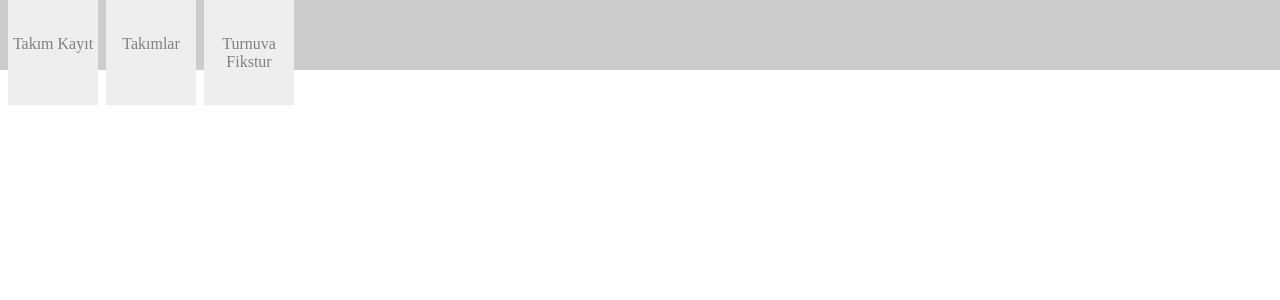
Repository: oktembaris77/internet_final
Page: http://localhost/internetfinal/
The author's editor kept a copy of each file at every save. The page is drawn from the files as they stood at one save, then again after the next save.
The browser window is 1280 px wide. The pictures show the whole page.
The page is served by Tomcat 9.

Above is the page before, as saved 2020-05-11 19:27:22.

After the next save:
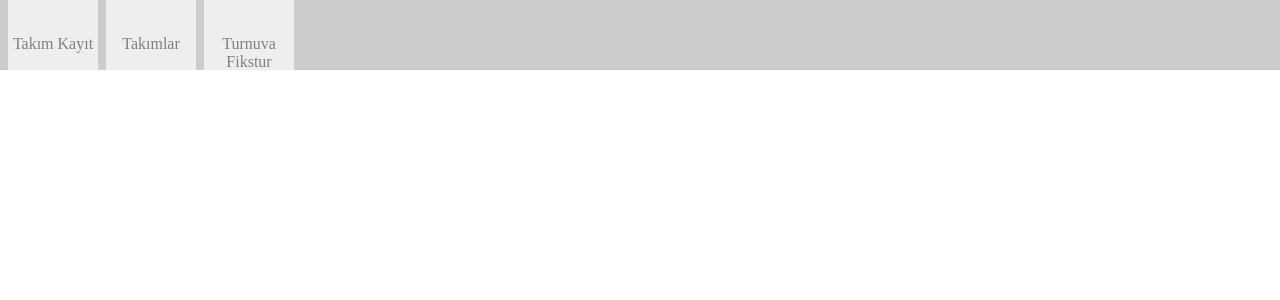
Saved 17 s later.
--- a/internetfinal/WebContent/index.jsp
+++ b/internetfinal/WebContent/index.jsp
@@ -19,7 +19,6 @@ background-color:#ccc;
 a{
 text-decoration:none;
 color:gray;
-box-sizing:border-box;
 }
 
 #sayfabtn{
@@ -31,6 +30,7 @@ text-align:center;
 margin-left:8px;
 text-decoration:none;
 padding-top:35px;
+box-sizing:border-box;
 float:left;
 }
 
@@ -38,7 +38,6 @@ float:left;
 transition:0.2s;
 background-color:#ccc;
 color:gray;
-
 }
 
 </style>
